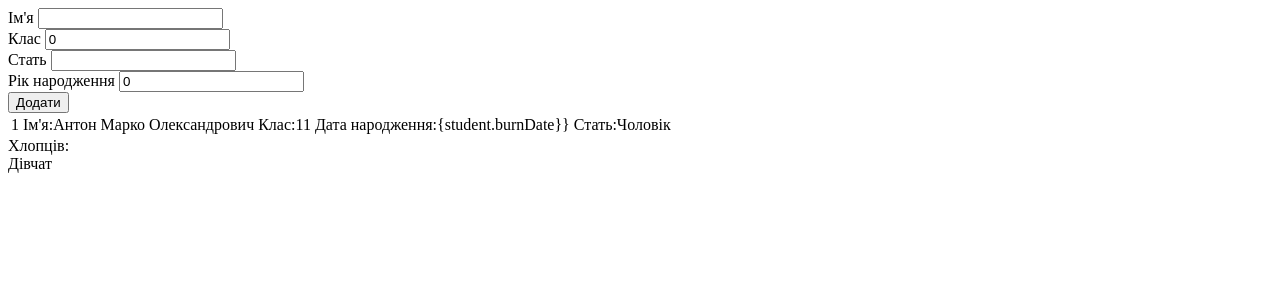
Repository: KYUUBI-K/HTML
Page: За 2 курс/test Vuejs/AddStudent.html
The author's editor kept a copy of each file at every save. The page is drawn from the files as they stood at one save, then again after the next save.
The browser window is 1280 px wide. The pictures show the whole page.

Above is the page before, as saved 2021-09-09 09:43:22.

### За 2 курс/test Vuejs/AddStudent.html
<!DOCTYPE html>
<html lang="en">
<head>
    <meta charset="UTF-8">
    <meta http-equiv="X-UA-Compatible" content="IE=edge">
    <meta name="viewport" content="width=device-width, initial-scale=1.0">
    <title>Document</title>
    <script src="https://cdn.jsdelivr.net/npm/vue@2/dist/vue.js"></script>
</head>
<body>
    <div id="app">
        <div>
            <label>
                Ім'я
                <input type="text" v-model="name" /> </label
              ><br />
              <label>
                Клас
                <input type="number" v-model.number="clas" />
            </label><br />
                <label>
                    Стать
                    <input type="text" v-model="sex"/>
                </label><br />
                <label>
                    Рік народження
                    <input type="number" v-model.number="burnDate"/>
                </label><br />
              <button @click="AddStud">Додати</button>
        </div>
        <div>
            <table>
                <tr v-for="(student,index) in studentList" :key="student.id">
                  <td>{{index+1}}</td>
                  <td>Ім'я:{{student.name}}</td>
                  <td>Клас:{{student.clas}}</td>
                  <td>Дата народження:{student.burnDate}}</td>
                  <td>Стать:{{student.sex}}</td>
                </tr>
            </table>
            <div>Хлопців:</div>
            <div>Дівчат</div>
        </div>
    </div>
    <script>
        var app = new Vue({
        el: "#app",
        data: {
          name: null,
          clas: 0,
          burnDate:0,
          sex:null,
          studentList: [
            {
                id:1,
              name: 'Антон Марко Олександрович',
              clas: 11,
              burnDate:2002,
              sex:"Чоловік"
            }
          ]
        },
        methods:{
            AddStud(){
                this.studentList.push({
                    id:new Date().getTime(),
                    name:this.name,
                    clas:this.clas,
                    burnDate:this.burnDate,
                    sex:this.sex
                })
            }
        },
        computed:{
            Checkerboys(){
                boys:0
                if(this.sex = 'чоловік')
                return boys++
            },
            Checkergirls(){
                girls:0
                if(this.sex = 'жінка')
                return girls++
            }

        }
    })

    </script>
</body>
</html>

After the next save:
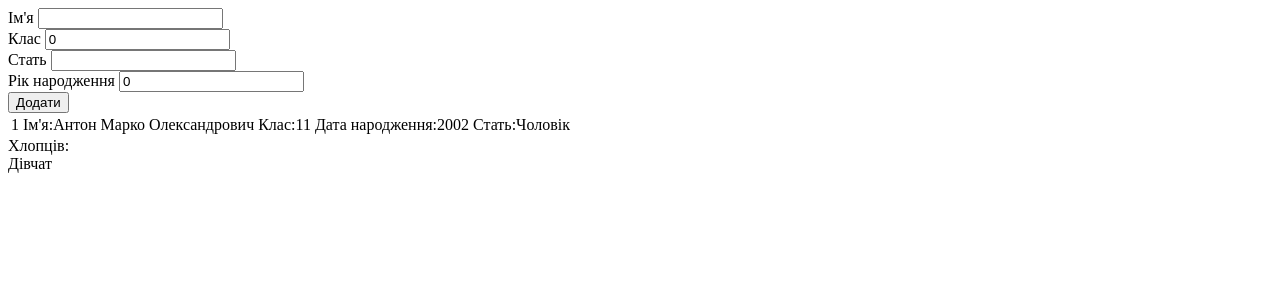
Saved 12 s later.
--- a/За 2 курс/test Vuejs/AddStudent.html
+++ b/За 2 курс/test Vuejs/AddStudent.html
@@ -34,7 +34,7 @@
                   <td>{{index+1}}</td>
                   <td>Ім'я:{{student.name}}</td>
                   <td>Клас:{{student.clas}}</td>
-                  <td>Дата народження:{student.burnDate}}</td>
+                  <td>Дата народження:{{student.burnDate}}</td>
                   <td>Стать:{{student.sex}}</td>
                 </tr>
             </table>
